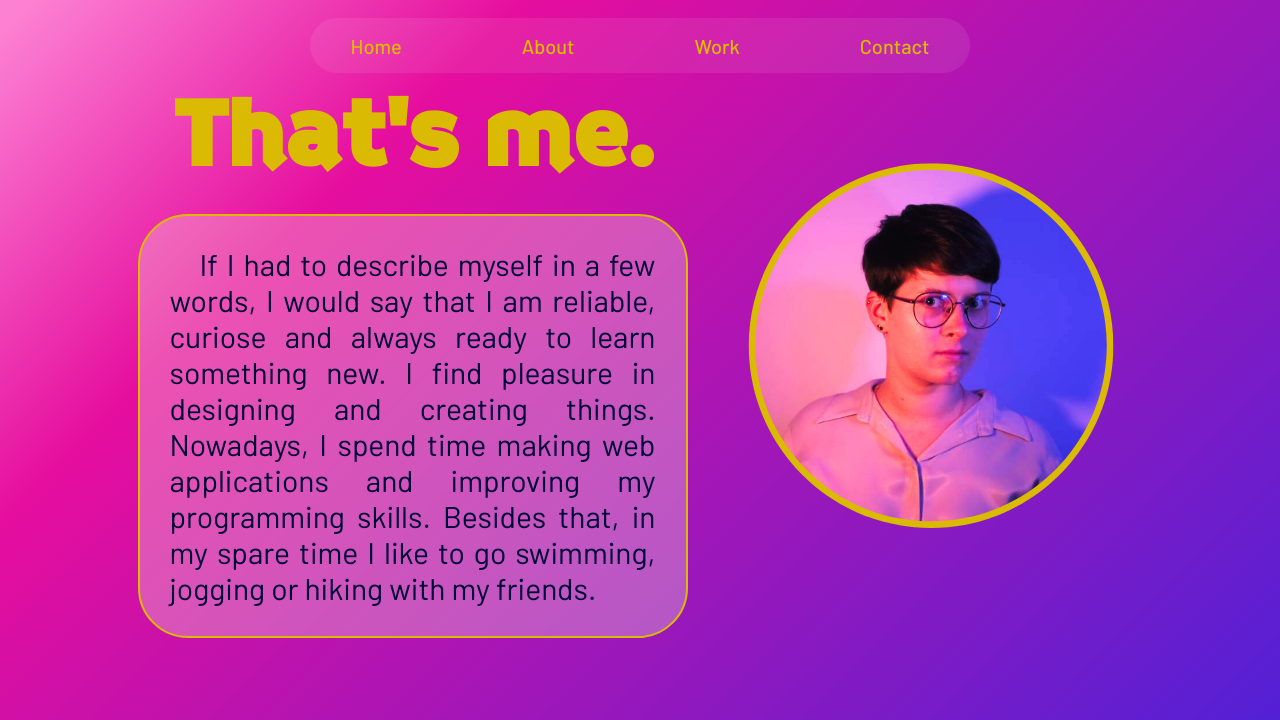
Repository: JJonka/portfolio_site
Page: /about
These files come from the project's save history. The page is drawn as it stood at one moment and after the next save; the edit follows.
The browser window is 1280 px wide. The pictures show the whole page.
The project was rebuilt for these pictures with package versions that can differ from the ones it lists, and the page was loaded fresh each time. Also part of the build but not shown: vite.config.ts, src/pages/HomePage.tsx, src/components/LogoIcon.module.scss, src/components/LogoIcon.tsx, src/pages/Contact.tsx, src/pages/Work.module.scss, src/pages/Work.tsx.

Above is the page before, as saved 2023-10-08 15:58:20.

After the next save:
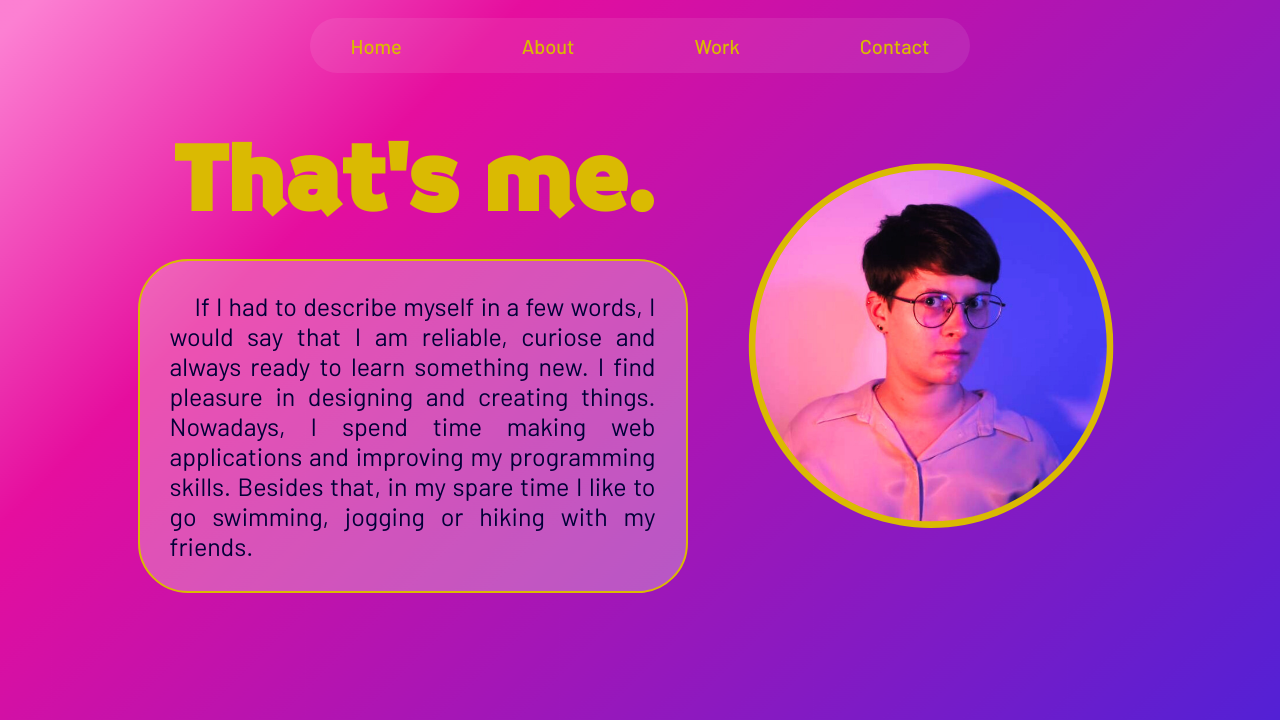
Saved 9 s later.
--- a/src/pages/About.module.scss
+++ b/src/pages/About.module.scss
@@ -44,7 +44,7 @@
 
 .aboutMe {
     font-family: "Barlow-Regular";
-    font-size: 30px;
+    font-size: 25px;
     color:  rgb(0, 0, 55);
     margin: 0;
     padding: 30px;
